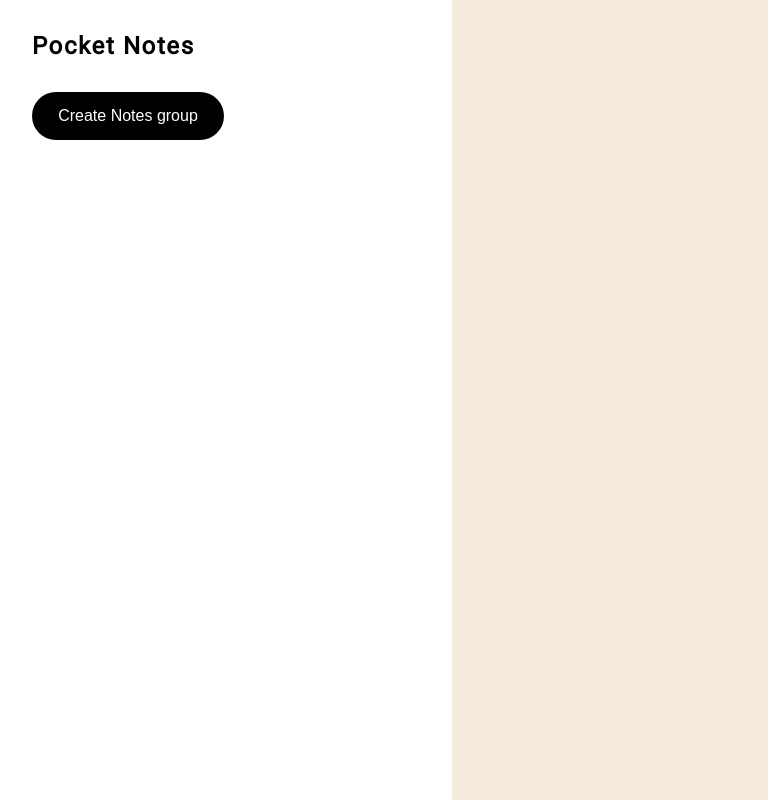
Repository: drumsmanku/react-module-test
Page: /
The author's editor kept a copy of each file at every save. The page is drawn from the files as they stood at one save, then again after the next save.
The browser window is 768 px wide. The pictures show the whole page.
The project was rebuilt for these pictures with package versions that can differ from the ones it lists, and the page was loaded fresh each time. Also part of the build but not shown: src/Components/NotesComponent.js.

Above is the page before, as saved 2023-06-12 22:05:54.

### src/App.js
import './App.css';
import MainPage from './Components/MainPage';

function App() {
  return (
    <div className="App">
      <MainPage/>
    </div>
  );
}

export default App;

### src/Components/MainPage.js
import React, { useState, useEffect } from "react";
import "./MainPage.css";
import PopUp from "./PopUp";
import NotesComponent from "./NotesComponent";
import img1 from '../Assets/img1.png'

function MainPage() {

  const colors=['#81acbc', '#567da2','#9c7ac8','#91b1c5','#ea9fd8','#35f030','#8c5064','#186e33','#c25650','#cc7ec7','#2521ef','#e9d499','#25f073','#dcf4b6','#17cb98','#cb6856','#49616e','#7fef88','#a362f6','#08e400','#9726a2','#5c0a51' ];

  const [activeGroup, setActiveGroup] = useState(null);

  const addThing = (idx) => {
    setActiveGroup(idx);
  };

  const [selectedGroup, setSelectedGroup] = useState(null);
  const [buttonState, setButtonState] = useState(false);

  const addComponent = (groupIndex) => {
    setSelectedGroup(groupIndex);
  };
  const [myGroups, setMyGroups] = useState(() => {
    const storedValue = localStorage.getItem("group");
    return storedValue ? JSON.parse(storedValue) : [];
  });

  useEffect(() => {
    localStorage.setItem("group", JSON.stringify(myGroups));
  }, [myGroups]);

  useEffect(()=>{
    setButtonState(true);
  },[])

  return (
    <div className="main-container">
      <div className="first-compartment">
        <h1>Pocket Notes</h1>
        <div className="group-buttons">
          <PopUp myGroups={myGroups} setMyGroups={setMyGroups} />
          {myGroups.map((group, idx) => (
            <button
              className="cat-buttons"
              key={idx}
              onClick={() => addComponent(idx)}
            >
              <div
                className="icon"
                style={{ backgroundColor: colors[idx] }}
              ></div>{" "}
              {group}
            </button>
          ))}
        </div>
      </div>
      <div className="second-compartment">

        {selectedGroup !== null && (
          <NotesComponent
            groupIndex={selectedGroup}
            groupName={myGroups[selectedGroup]}
          />
        )}
      </div>
    </div>
  );
}

export default MainPage;

### src/Components/MainPage.css
@import url('https://fonts.googleapis.com/css2?family=Roboto&display=swap');
body{
  font-family: 'Roboto';
}

.main-container{
  height: 100vh;
  width: 100vw;
  display: flex;
}

.first-compartment{
  width: 30%;
  height: 100vh;
}

.first-compartment h1{
  margin: 0;
  text-align: left;
  padding: 2rem;
}
.group-buttons{
  height: 85%;
  max-height: 85%;
  width: 80%;
  display: flex;
  flex-direction: column;
  align-items: flex-start;
  margin-left: 2rem;
}

.cat-buttons{
  width: 27rem;
  height: 5rem;
  background-color: white;
  color: black;
  margin: 1rem 1rem 1rem 0;
  font-size: 1.3rem;
  font-weight: medium;
  display: flex;
  align-items: center;
  border-top-left-radius: 1.5rem;
  border-bottom-left-radius: 1.5rem;
  background: none;
  border: none;
  transition: 0.1s ease-in;

}
.cat-buttons:hover{
  background-color: #F7ECDC;
}
.icon{
  height: 3.5rem;
  width: 3.5rem;
  border-radius: 50%;
  margin-right: 2rem;

}
.second-compartment{
  background-color: #F7ECDC;
  width: 70%;
  height: 100vh;
}
@media(max-width:768px){
  .first-compartment {
    width: 100%;
    height: 100vh;
  }
  .first-compartment>h1{
    font-size: 1.5rem;
  }
  .cat-buttons{
    height: 3rem;
    font-size: 1rem;
  }
}

### src/Components/PopUp.js
import React, { useState } from "react";
import "./PopUp.css";
import Popup from "reactjs-popup";
import "reactjs-popup/dist/index.css";

function PopUp({ myGroups, setMyGroups, color, setColor }) {
  const [input, setInput] = useState("");
  const colorSet=['#e9d499','#25f073','#dcf4b6','#17cb98','#cb6856']

  const handleColor=(event)=>{
    setColor(event.target.backgroundColor);
  }

  const handleInputChange = (event) => {
    setInput(event.target.value);
  };

  const handleButtonClick = () => {
    setMyGroups([...myGroups, input]);
    setInput("");
  };

  return (
    <div className="popup-container">
      <Popup
        trigger={<button className="btn-1">Create Notes group</button>}
        modal
        nested

      >
        {(close) => (
          <div style={{height:'30vh',paddingLeft:'2rem', paddingTop:'2rem' }} className="modal">
            <div style={{ fontWeight:'bold', fontSize:'1.5rem', marginBottom:'1.5rem'}} className="content">Create New Notes group</div>
            <div style={{marginLeft:'1rem'}}>
              <div style={{marginBottom:'1.8rem'}}>
                <label htmlFor="name" style={{marginRight:'2rem', fontWeight:'bold', fontSize:'1.5rem'}}>Group Name </label>
                <input style={{width:'25rem',height:'2rem', borderRadius:'2rem', border:'0.2rem solid #CCCCCC', fontSize:'1.3rem', paddingLeft:'1rem'}} type="text" onChange={handleInputChange} value={input} placeholder="Enter your group name...." />
              </div>
              <div style={{display:'flex', alignItems:'center', marginBottom:'1.8rem'}} className="hues">
                <label htmlFor="color" style={{marginRight:'2rem', fontWeight:'bold', fontSize:'1.5rem'}}>Choose colour</label>
                <div style={{display:'flex'}}>
                  {colorSet.map((color, idx)=>(
                    <div onClick={handleColor} key={idx} style={{height:'1.8rem', width:'1.8rem', borderRadius:'50%', backgroundColor:color, marginRight:'1rem'}}></div>
                  ))}
                </div>

              </div>
              <div style={{width:'90%', display:'flex', justifyContent:'flex-end'}}>
                <button style={{width:'8rem', height:'2rem', backgroundColor:'black', color:'white', border:'none', borderRadius:'0.5rem', fontSize:'1.2rem', letterSpacing:'0.1rem'}} onClick={handleButtonClick}>add</button>
              </div>

            </div>
          </div>
        )}
      </Popup>
    </div>
  );
}

export default PopUp;

### src/Components/PopUp.css
@import url('https://fonts.googleapis.com/css2?family=Roboto&display=swap');

body{
  font-family: 'Roboto';
  letter-spacing: 0.1rem;
}

.btn-1{
  width: 23rem;
  height: 3rem;
  background-color: black;
  border: none;
  border-radius: 3rem;
  color: white;
  font-weight: 2rem;
  font-size: 1.3rem;
}

@media(max-width: 768px){
  .btn-1{
    width:12rem;
    font-size: 1rem;
  }
  .modal{
    font-size: 0.5em;
    margin-bottom: 1rem;
  }
}

### src/Components/NotesComponent.css
@import url('https://fonts.googleapis.com/css2?family=Roboto&display=swap');
body{
  font-family: 'Roboto';
}

.notes-container{
  display: flex;
  height: inherit;
  width: 100%;
  flex-direction: column;
  align-items: center;
  justify-content: space-between;
}
.heading{
  display: flex;
  flex-direction: row;
  justify-content: flex-start;
}
.notes-section {
  height: 60vh;
  max-height: 60vh;
  overflow-y: scroll;
}
input:focus{
  outline: none;
  border: none;
}

Loaded but not shown: public/index.html (common file); src/index.js (common file); src/index.css (common file); src/App.css (common file)

After the next save:
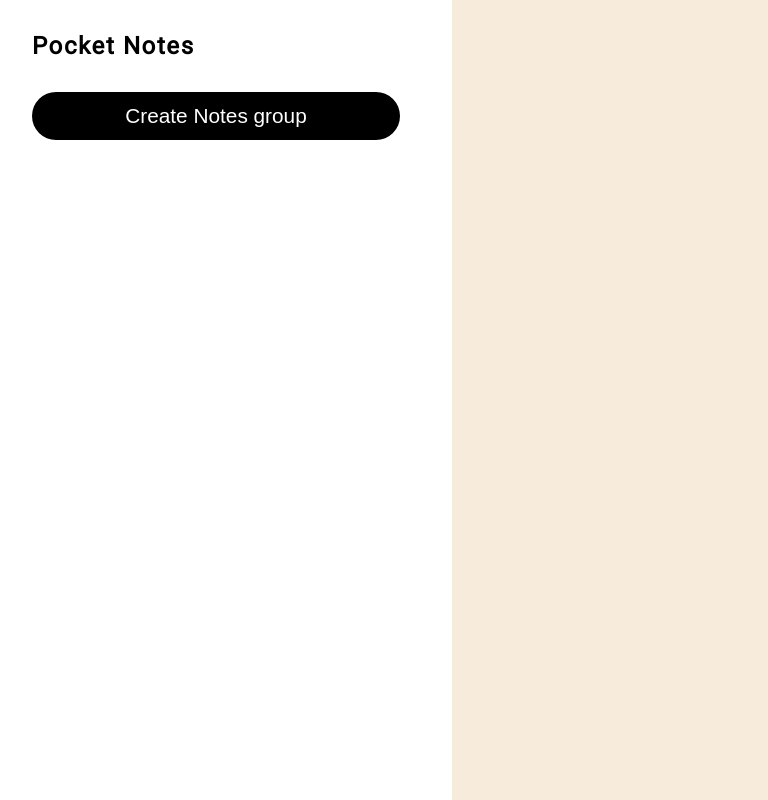
Saved 48 s later.
--- a/src/Components/PopUp.css
+++ b/src/Components/PopUp.css
@@ -16,7 +16,7 @@ body{
   font-size: 1.3rem;
 }
 
-@media(max-width: 768px){
+/* @media(max-width: 768px){
   .btn-1{
     width:12rem;
     font-size: 1rem;
@@ -25,4 +25,4 @@ body{
     font-size: 0.5em;
     margin-bottom: 1rem;
   }
-}
+} */
